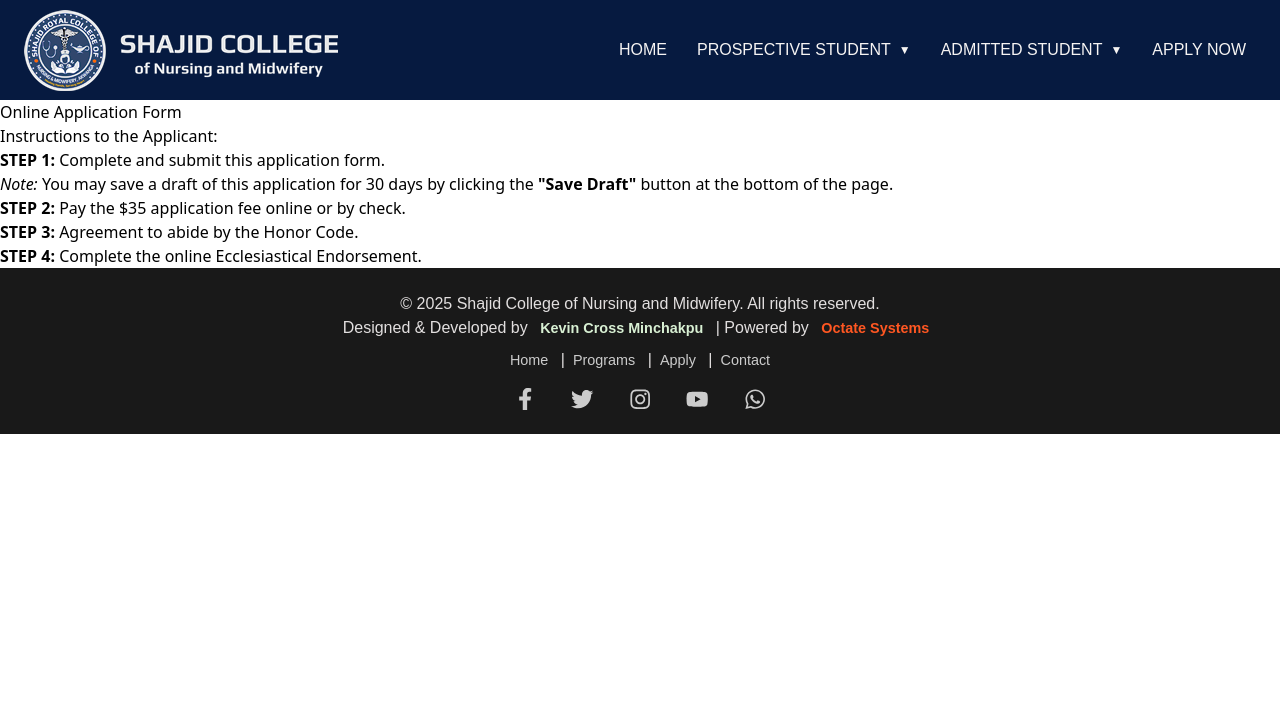
Repository: GlorifiedIntel/shajid-sms
Page: /applicationform
An editor plug-in stored every save of this project. The page is shown before and after the next save, followed by the edit.
The browser window is 1280 px wide. The pictures show the whole page.
The project was rebuilt for these pictures with package versions that can differ from the ones it lists, and the page was loaded fresh each time. The framework's server and built-in components were replaced by stand-ins that run in the browser. Also part of the build but not shown: next.config.mjs.

Above is the page before, as saved 2025-07-04 11:49:24.

After the next save:
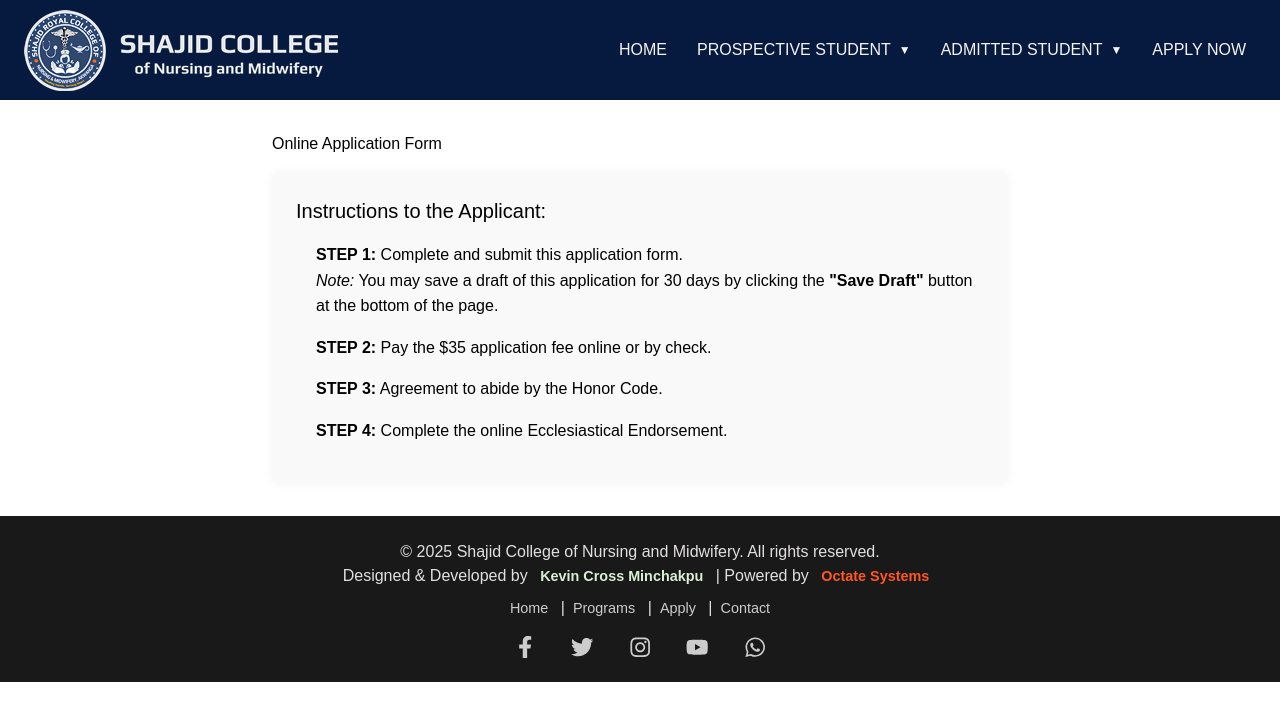
Saved 22 s later.
--- a/src/pages/applicationform.module.css
+++ b/src/pages/applicationform.module.css
@@ -1,54 +1,28 @@
-.container {
-  max-width: 720px;
-  margin: 80px auto;
-  padding: 0 20px;
+.applicationContainer {
+  padding: 2rem;
+  max-width: 800px;
+  margin: 0 auto;
+  font-family: Arial, sans-serif;
 }
 
-.heading {
-  font-size: 2rem;
-  font-weight: bold;
-  margin-bottom: 30px;
-  text-align: center;
-  color: #003366;
+.instructions {
+  background-color: #f9f9f9;
+  padding: 1.5rem;
+  border-radius: 8px;
+  margin-top: 1rem;
+  box-shadow: 0 0 8px rgba(0, 0, 0, 0.05);
 }
 
-.form {
-  display: flex;
-  flex-direction: column;
-  gap: 20px;
+.instructions h2 {
+  margin-bottom: 1rem;
+  font-size: 1.25rem;
 }
 
-.group {
-  display: flex;
-  flex-direction: column;
+.instructions ol {
+  padding-left: 1.25rem;
 }
 
-label {
-  margin-bottom: 6px;
-  font-weight: 500;
-  color: #444;
+.instructions li {
+  margin-bottom: 1rem;
+  line-height: 1.6;
 }
-
-input,
-select,
-textarea {
-  padding: 10px 14px;
-  border: 1px solid #ccc;
-  border-radius: 6px;
-  font-size: 1rem;
-}
-
-.submitBtn {
-  background-color: #0069ff;
-  color: white;
-  padding: 12px 20px;
-  border: none;
-  border-radius: 6px;
-  font-size: 1rem;
-  cursor: pointer;
-  transition: background-color 0.2s ease;
-}
-
-.submitBtn:hover {
-  background-color: #004bbd;
-}
